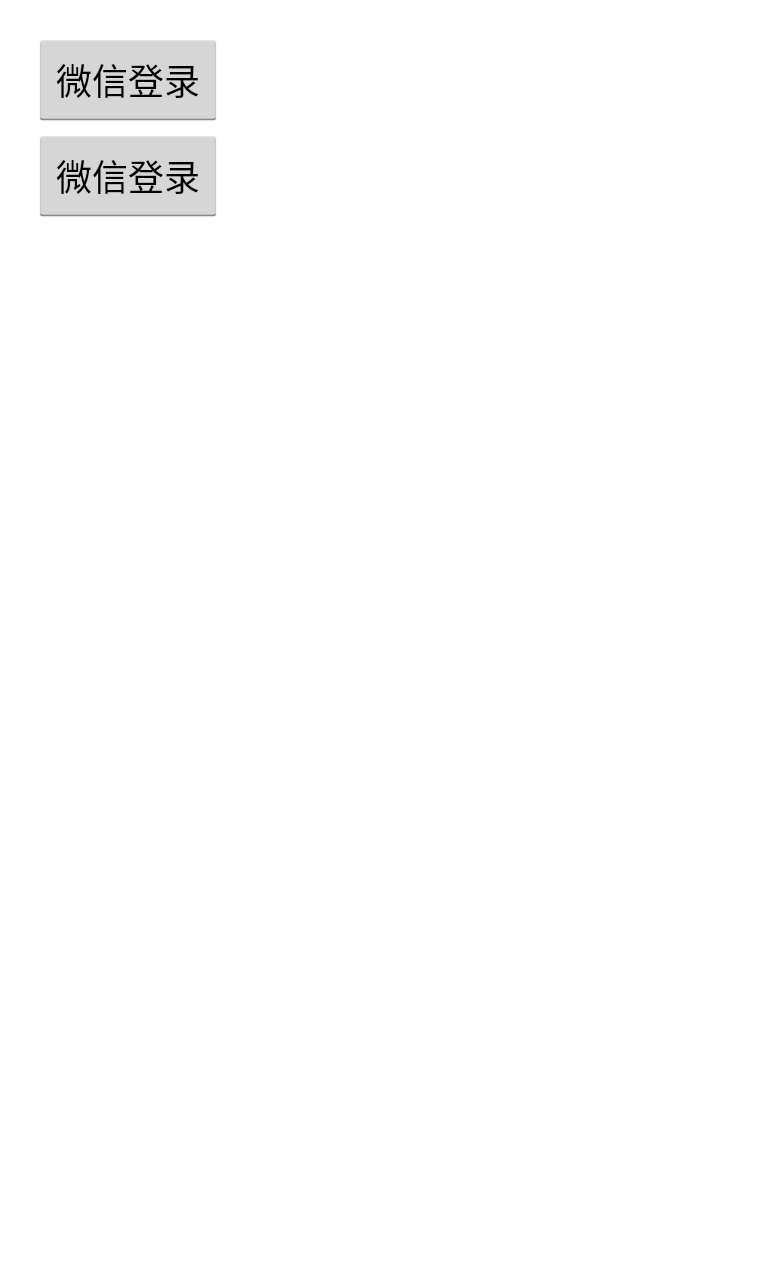
Repository: oxyoz/Pro_Mix
Layout: WeicastDome/res/layout/activity_main.xml
The author's editor kept a copy of each file at every save. The layout is drawn from the files as they stood at one save, then again after the next save.
It is drawn on a 768 x 1280 px phone screen (xhdpi) without system bars, with theme AppTheme; the app's code is not run.

Above is the layout before, as saved 2016-01-25 08:03:17.

### WeicastDome/res/layout/activity_main.xml
<RelativeLayout xmlns:android="http://schemas.android.com/apk/res/android"
    xmlns:tools="http://schemas.android.com/tools"
    android:layout_width="match_parent"
    android:layout_height="match_parent"
    android:paddingBottom="@dimen/activity_vertical_margin"
    android:paddingLeft="@dimen/activity_horizontal_margin"
    android:paddingRight="@dimen/activity_horizontal_margin"
    android:paddingTop="@dimen/activity_vertical_margin"
    tools:context="com.meigao.mgolf.MainActivity" >

    <Button
        android:id="@+id/btn_wxlogin"
        android:layout_width="wrap_content"
        android:layout_height="wrap_content"
        android:text="@string/hello_world" />

    <Button
        android:id="@+id/txt_info"
        android:layout_width="wrap_content"
        android:layout_height="wrap_content"
        android:layout_below="@+id/btn_wxlogin"
        android:text="@string/hello_world" />

</RelativeLayout>

### WeicastDome/res/values/strings.xml
<?xml version="1.0" encoding="utf-8"?>
<resources>

    <string name="app_name">WeicastDome</string>
    <string name="hello_world">微信登录</string>
    <string name="action_settings">Settings</string>

</resources>

Loaded but not shown: WeicastDome/res/values/styles.xml (common file); WeicastDome/res/values-v11/styles.xml (common file); WeicastDome/res/values-v14/styles.xml (common file); WeicastDome/res/values/dimens.xml (common file); WeicastDome/res/values-w820dp/dimens.xml (common file)

After the next save:
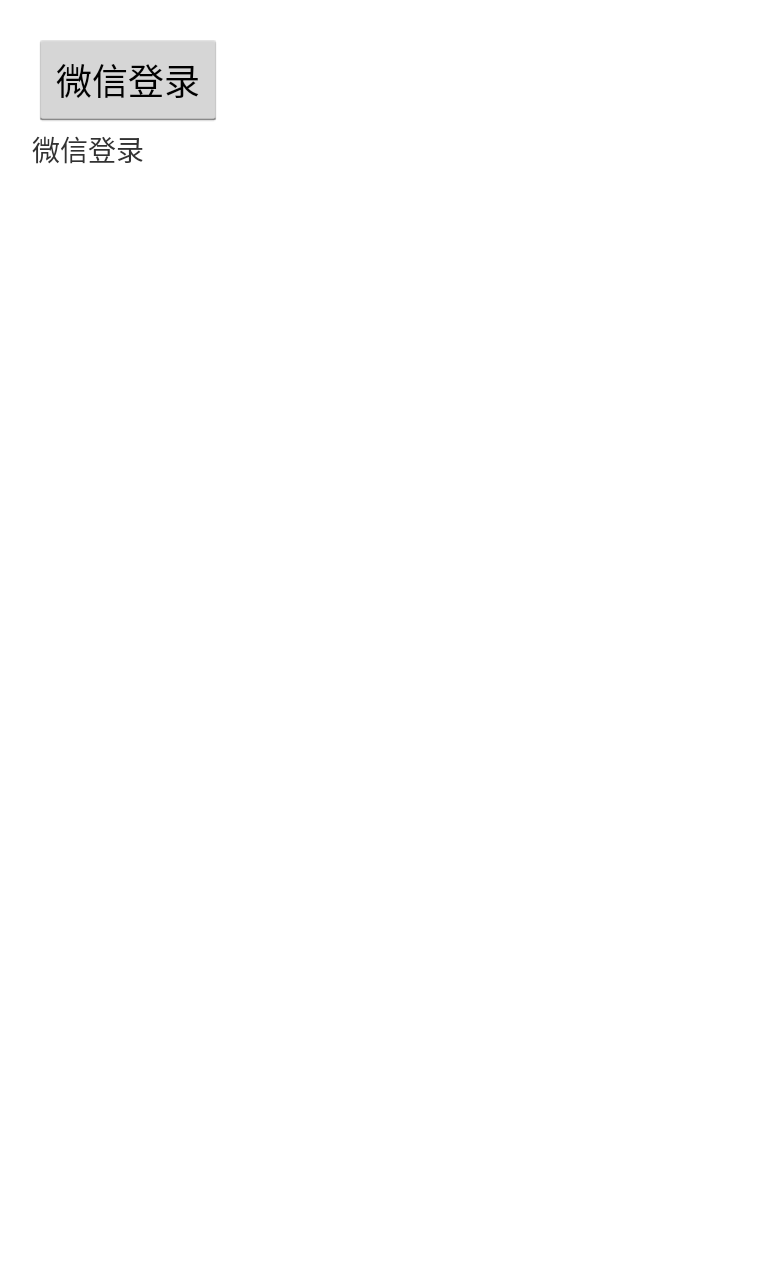
Saved 14 s later.
--- a/WeicastDome/res/layout/activity_main.xml
+++ b/WeicastDome/res/layout/activity_main.xml
@@ -14,7 +14,7 @@
         android:layout_height="wrap_content"
         android:text="@string/hello_world" />
 
-    <Button
+    <TextView
         android:id="@+id/txt_info"
         android:layout_width="wrap_content"
         android:layout_height="wrap_content"
